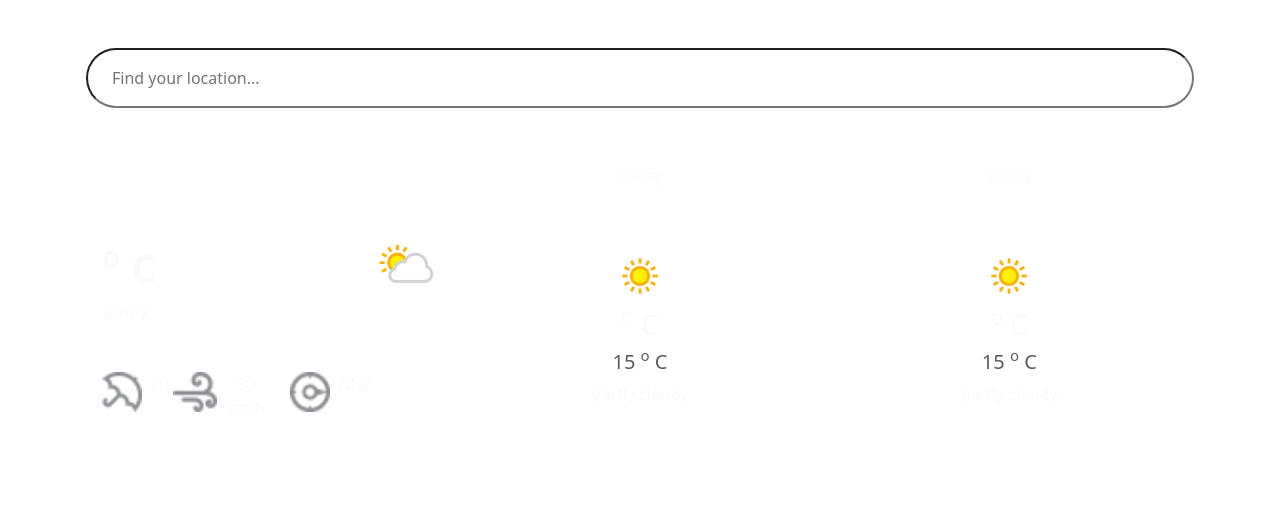
Repository: AmiraNabil97/WeatherApp
Page: index.html
These files come from the project's save history. The page is drawn as it stood at one moment and after a run of saves; the edit follows.
The browser window is 1280 px wide. The pictures show the whole page.

Above is the page before, as saved 2023-08-28 21:55:42.

### index.html
<!DOCTYPE html>
<html lang="en">
<head>
    <meta charset="UTF-8">
    <meta name="viewport" content="width=device-width, initial-scale=1.0">
    <title>Document</title>
    <link rel="stylesheet" href="css/bootstrap.min.css">
    <link rel="stylesheet" href="css/all.min.css">
    <link rel="stylesheet" href="css/style.css">
</head>
<body>

        <div class="app-container">
            <div class="container px-3 py-5 text-center">

                <input type="text" class="w-100 mx-auto rounded-5 py-3 px-4 bg-main-color mb-5 text-white"
                    placeholder="Find your location..." id="search" />
                <div class="row g-0">

                    <div class="item col-md-4 bg-sec-color m-0 rounded-4">
                        <div class="d-flex justify-content-between py-2 px-3 bg-main-color text-light rounded-start"id="today-date">
                            <p id="today_date_day_name" class="my-auto"></p>
                            <span>
                                <span id="today_date_day_number" class="my-auto"></span>
                                <span id="today_date_month" class="my-auto"></span>
                            </span>
                        </div>
                        <div class="item-content text-start px-3 py-3 pt-5 text-light" id="today">
                            <p id="today_location" class="fs-4"></p>
                            <div class="d-flex justify-content-between align-items-center">
                                <span class="fs-1 fw-bolder">
                                    <span id="today_temp"></span>
                                    <span><sup>o</sup> C</span>
                                </span>
                                <img id="today_condition_img" src="images/116.png" alt="" />
                            </div>
                            <p id="today_condition_text" class="fs-6 text-light-blue">sunny</p>
                        </div>
                        <div class="item-footer d-flex text-light p-3">
                            <div class="d-flex me-3">
                                <img src="images/icon-umberella.png" class="footer-icons me-2" alt="" />
                                <p id="humidity">20</p>
                            </div>
                            <div class="d-flex me-3">
                                <img src="images/icon-wind.png" class="footer-icons mx-2" alt="" />
                                <p id="wind">30 km/h</p>
                            </div>
                            <div class="d-flex">
                                <img src="images/icon-compass.png" class="footer-icons mx-2" alt="" />
                                <p id="wind_direction">NNE</p>
                            </div>
                        </div>
                    </div>

                    <div class="item col-md-4 m-0 bg-main-color">
                        <div class="py-2 text-center bg-sec-color text-light" >
                            <p class="next_day_name my-auto">Friday</p>
                        </div>
                        <div class="item-content text-start text-light p-3 text-center pt-5">
                            <img class="next_condition_img" src="images/113.png" alt="">
                            <h3>
                                <span class="next_max_temp"></span>
                                <span><sup>o</sup> C</span>
                            </h3>
                            <h5 class="text-muted">
                                <span class="next_min_temp">15</span>
                                <span><sup>o</sup> C</span>
                            </h5>
                            <p class="next_condition_text fs-6 text-light-blue">partly cloudy</p>
                        </div>
                    </div>

                    <!--After Tomorrow Data Section-->
                    <div class="item col-md-4 m-0 bg-sec-color rounded-4">
                        <div class="py-2 text-center px-3 bg-main-color text-light rounded-end">
                            <p class="next_day_name my-auto">Friday</p>
                        </div>
                        <div class="item-content text-start text-light p-3 text-center pt-5">
                            <img class="next_condition_img" src="images/113.png" alt="">
                            <h3>
                                <span class="next_max_temp"></span>
                                <span><sup>o</sup> C</span>
                            </h3>
                            <h5 class="text-muted">
                                <span class="next_min_temp">15</span>
                                <span><sup>o</sup> C</span>
                            </h5>
                            <p class="next_condition_text fs-6 text-light-blue">partly cloudy</p>
                        </div>
                    </div>
                </div>
            </div>
        </div>








    <script src="js/jquery-3.7.0.min.js"></script>
    <script src="js/bootstrap.bundle.js"></script>
    <script src="js/main.js"></script>
</body>
</html>

Loaded but not shown: css/bootstrap.min.css (library); css/all.min.css (library); js/jquery-3.7.0.min.js (library); js/bootstrap.bundle.js (library); css/style.css (no stored copy; drawn as an empty file); js/main.js (no stored copy; drawn as an empty file)

After the next 3 saves:
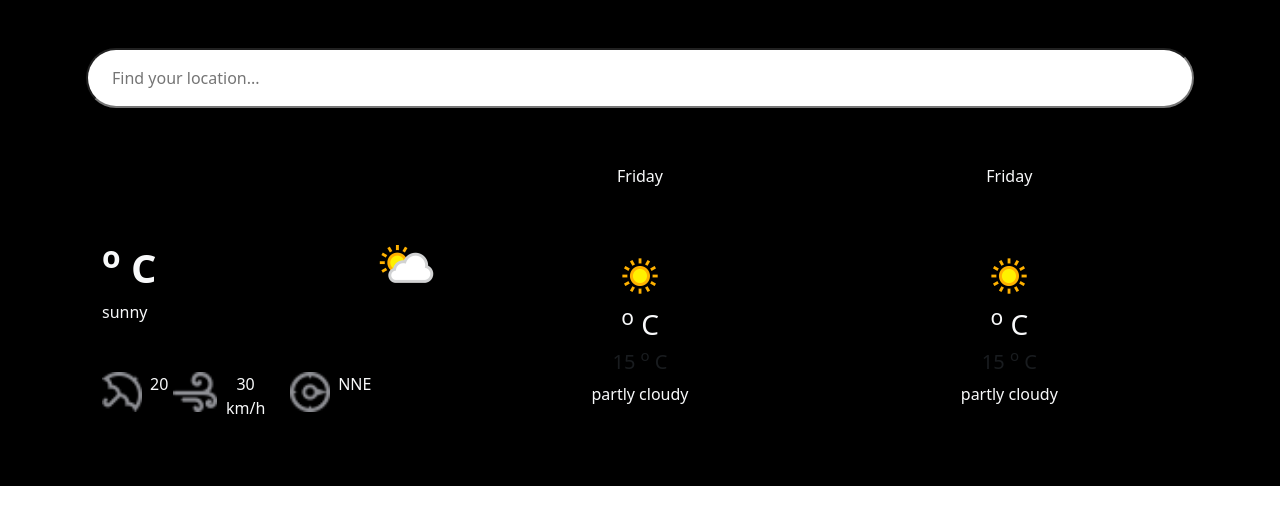
The 3 saves are shown as one change because they came seconds apart.
The last was saved 97 s later.
--- a/index.html
+++ b/index.html
@@ -10,7 +10,7 @@
 </head>
 <body>
 
-        <div class="app-container">
+        <div class="app-container bg-black">
             <div class="container px-3 py-5 text-center">
 
                 <input type="text" class="w-100 mx-auto rounded-5 py-3 px-4 bg-main-color mb-5 text-white"
